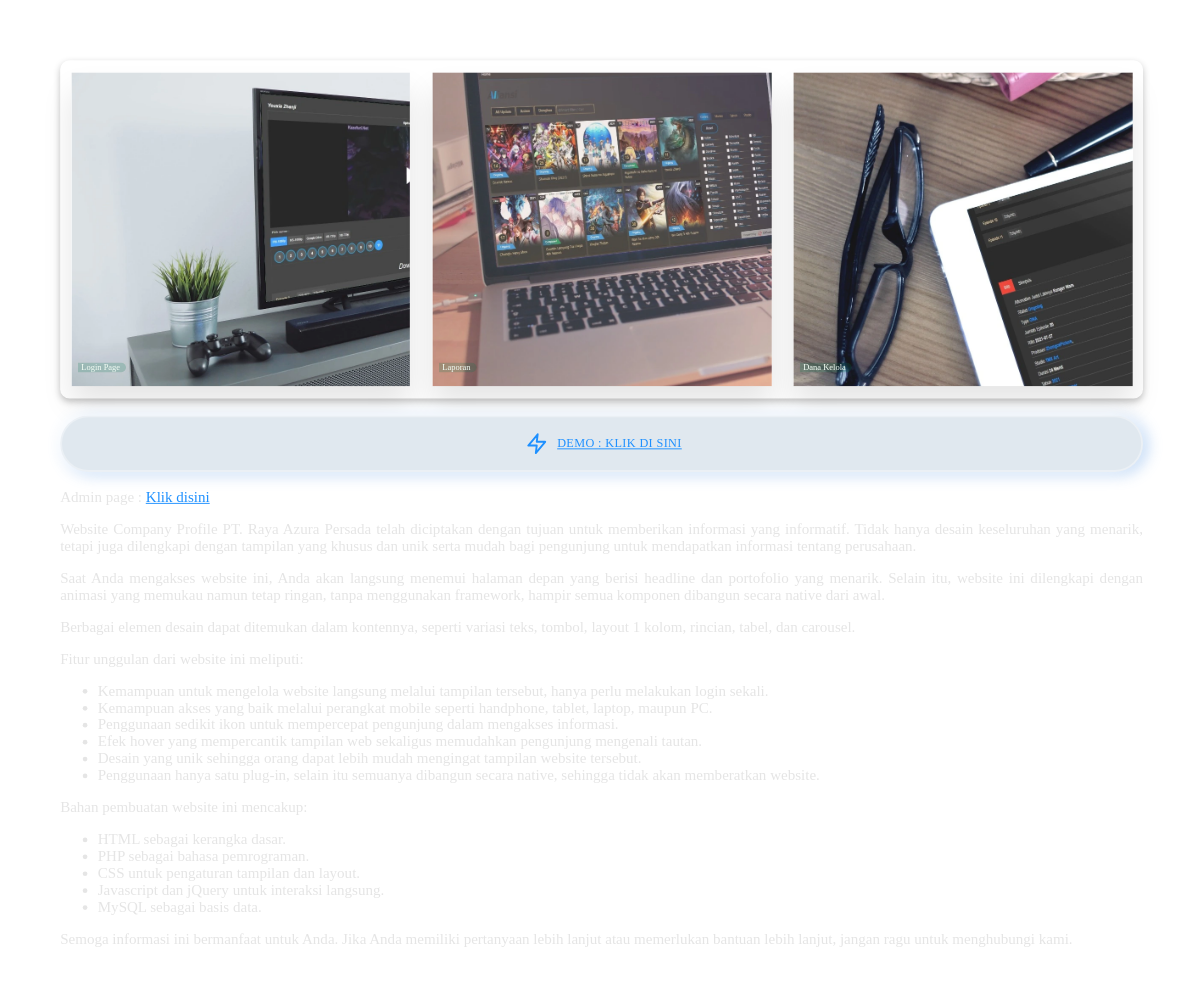
Repository: yusup-maulana/yusup-maulana.github.io
Page: portofolio-websiteRAP.html
The author's editor kept a copy of each file at every save. The page is drawn from the files as they stood at one save, then again after the next save.
The browser window is 1280 px wide. The pictures show the whole page, at 94% of full size.
Some web fonts or font styles are not loaded; a fallback is used.

Above is the page before, as saved 2023-10-06 22:26:42.

### portofolio-websiteRAP.html
<style type="text/css">
  @import url("https://fonts.googleapis.com/css?family=Baloo+Chettan+2&display=swap");

  .body2::-webkit-scrollbar {
    width: 0.5em;
  }

  .body2::-webkit-scrollbar-track {
    box-shadow: inset 0 0 6px rgb(167 167 167 / 41%);
    background-color: #061e29;
  }

  .body2::-webkit-scrollbar-thumb {
    background-color: #00f1ffab;
  }

  .body2 {
    font-family: "Baloo Chettan 2";
    color: #e5e5e5;
    margin: 2%;
    text-align: justify;
    padding: 3%;
  }

  .body2 a {
    color: dodgerblue;
  }

  /* table wisata ...................*/
  .twisata {
  }

  .twisata tr {
    background: linear-gradient(90deg, #1193a1, transparent);
    color: white;
    font-weight: 900;
    border: 3px solid #ffffff;
  }

  .twisata tr td {
  }

  .twisata tr td span {
    background: #bdffda;
    font-weight: 900;
    padding: 1px 6px;
    border-radius: 5px;
    color: #08102b;
  }

  /* wisata-container ...................*/
  .container-wisata {
    box-shadow: rgb(0 0 0 / 24%) 0px 3px 8px;
    display: flex;
    width: 100%;
    padding: 1% 0%;
    box-sizing: border-box;
    height: 50vh;
    border-radius: 10px;
  }

  .boxwisata {
    flex: 1;
    overflow: hidden;
    transition: 0.5s;
    margin: 1px 1%;
    box-shadow: 0 20px 30px rgba(0, 0, 0, 0.1);
    line-height: 0;
  }

  .boxwisata > img {
    width: 200%;
    height: calc(100% - 10vh);
    object-fit: cover;
    transition: 0.5s;
    height: 100% !important;
  }

  .boxwisata > span {
    position: relative;
    left: 7px;
    font-size: xx-small;
    color: #f5fff7 !important;
    bottom: 20px;
    white-space: nowrap;
    background-color: rgb(1 118 74 / 20%);
    padding: 0 6px 0 4px;
    border-radius: 0 10px 10px 0;
  }

  .boxwisata:hover {
    flex: 1 1 50%;
  }

  .boxwisata:hover > img {
    width: 100%;
    height: 100%;
  }

  .btn-portofolio {
    display: flex;
    align-items: center;
    justify-content: center;
    gap: 10px;
    font-family: inherit;
    font-size: 13px;
    font-weight: 500;
    text-transform: uppercase;
    letter-spacing: 0.4px;
    color: #7e97b8;
    background-color: #e0e8ef;
    border-style: solid;
    border-width: 2px 2px 2px 2px;
    border-color: rgba(255, 255, 255, 0.333);
    border-radius: 40px 40px 40px 40px;
    padding: 16px 24px 16px 28px;
    transform: translate(0px, 0px) rotate(0deg);
    transition: 0.2s;
    box-shadow: -4px -2px 16px 0px #ffffff,
      4px 2px 16px 0px rgb(95 157 231 / 48%);
  }

  .btn-portofolio:hover {
    color: #516d91;
    background-color: #e5edf5;
    box-shadow: -2px -1px 8px 0px #ffffff, 2px 1px 8px 0px rgb(95 157 231 / 48%);
  }

  .btn-portofolio:active {
    box-shadow: none;
  }
</style>
<div class="container-wisata">
  <div class="boxwisata">
    <img alt="Curug Cipalasari" src="IMG/websiteanime/webanime1.webp" />
    <span>Login Page</span>
  </div>
  <div class="boxwisata">
    <img alt="Curug Cipalasari" src="IMG/websiteanime/webanime2.webp" />
    <span>Laporan</span>
  </div>
  <div class="boxwisata">
    <img alt="Curug Cipalasari" src="IMG/websiteanime/webanime3.webp" />
    <span>Dana Kelola</span>
  </div>
</div>
<br />

<body class="body2">
  <a
    class="btn-portofolio"
    target="_blank"
    href="https://maulanaproject1.000webhostapp.com/"
  >
    <svg
      viewBox="0 0 24 24"
      width="24"
      height="24"
      stroke="currentColor"
      stroke-width="2"
      fill="none"
      stroke-linecap="round"
      stroke-linejoin="round"
      class="css-i6dzq1"
    >
      <polygon points="13 2 3 14 12 14 11 22 21 10 12 10 13 2"></polygon>
    </svg>
    Demo : Klik di sini
  </a>
  <br />
  Admin page :

  <a
    target="_blank"
    href="https://maulanaproject1.000webhostapp.com/anime/admin_utama.php"
    >Klik disini</a
  >

  <p>
    Website Company Profile PT. Raya Azura Persada telah diciptakan dengan
    tujuan untuk memberikan informasi yang informatif. Tidak hanya desain
    keseluruhan yang menarik, tetapi juga dilengkapi dengan tampilan yang khusus
    dan unik serta mudah bagi pengunjung untuk mendapatkan informasi tentang
    perusahaan.
  </p>

  <p>
    Saat Anda mengakses website ini, Anda akan langsung menemui halaman depan
    yang berisi headline dan portofolio yang menarik. Selain itu, website ini
    dilengkapi dengan animasi yang memukau namun tetap ringan, tanpa menggunakan
    framework, hampir semua komponen dibangun secara native dari awal.
  </p>

  <p>
    Berbagai elemen desain dapat ditemukan dalam kontennya, seperti variasi
    teks, tombol, layout 1 kolom, rincian, tabel, dan carousel.
  </p>

  <p>Fitur unggulan dari website ini meliputi:</p>
  <ul>
    <li>
      Kemampuan untuk mengelola website langsung melalui tampilan tersebut,
      hanya perlu melakukan login sekali.
    </li>
    <li>
      Kemampuan akses yang baik melalui perangkat mobile seperti handphone,
      tablet, laptop, maupun PC.
    </li>
    <li>
      Penggunaan sedikit ikon untuk mempercepat pengunjung dalam mengakses
      informasi.
    </li>
    <li>
      Efek hover yang mempercantik tampilan web sekaligus memudahkan pengunjung
      mengenali tautan.
    </li>
    <li>
      Desain yang unik sehingga orang dapat lebih mudah mengingat tampilan
      website tersebut.
    </li>
    <li>
      Penggunaan hanya satu plug-in, selain itu semuanya dibangun secara native,
      sehingga tidak akan memberatkan website.
    </li>
  </ul>

  <p>Bahan pembuatan website ini mencakup:</p>
  <ul>
    <li>HTML sebagai kerangka dasar.</li>
    <li>PHP sebagai bahasa pemrograman.</li>
    <li>CSS untuk pengaturan tampilan dan layout.</li>
    <li>Javascript dan jQuery untuk interaksi langsung.</li>
    <li>MySQL sebagai basis data.</li>
  </ul>

  <p>
    Semoga informasi ini bermanfaat untuk Anda. Jika Anda memiliki pertanyaan
    lebih lanjut atau memerlukan bantuan lebih lanjut, jangan ragu untuk
    menghubungi kami.
  </p>
</body>

After the next save:
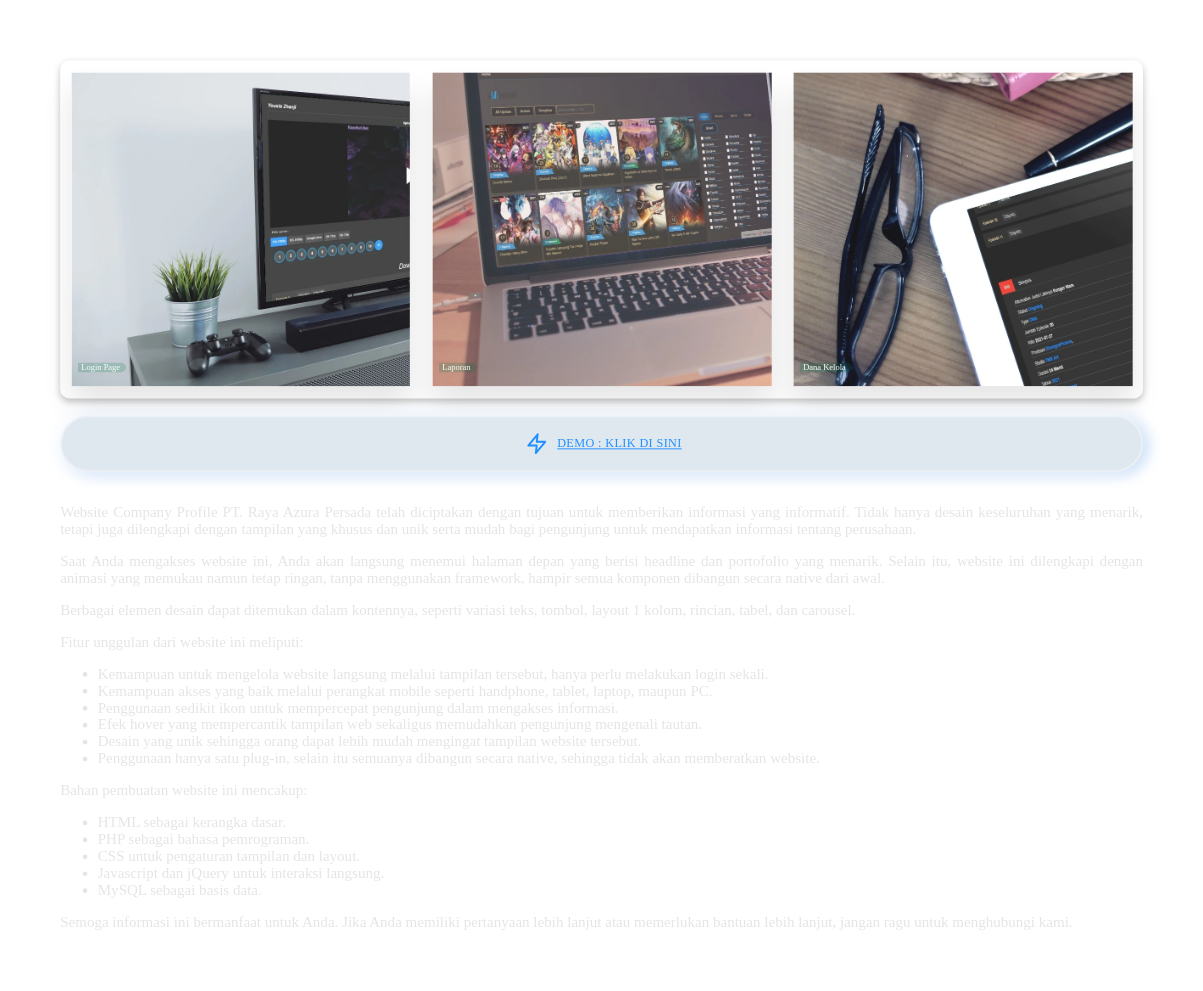
Saved 5 s later.
--- a/portofolio-websiteRAP.html
+++ b/portofolio-websiteRAP.html
@@ -168,13 +168,6 @@
     Demo : Klik di sini
   </a>
   <br />
-  Admin page :
-
-  <a
-    target="_blank"
-    href="https://maulanaproject1.000webhostapp.com/anime/admin_utama.php"
-    >Klik disini</a
-  >
 
   <p>
     Website Company Profile PT. Raya Azura Persada telah diciptakan dengan
